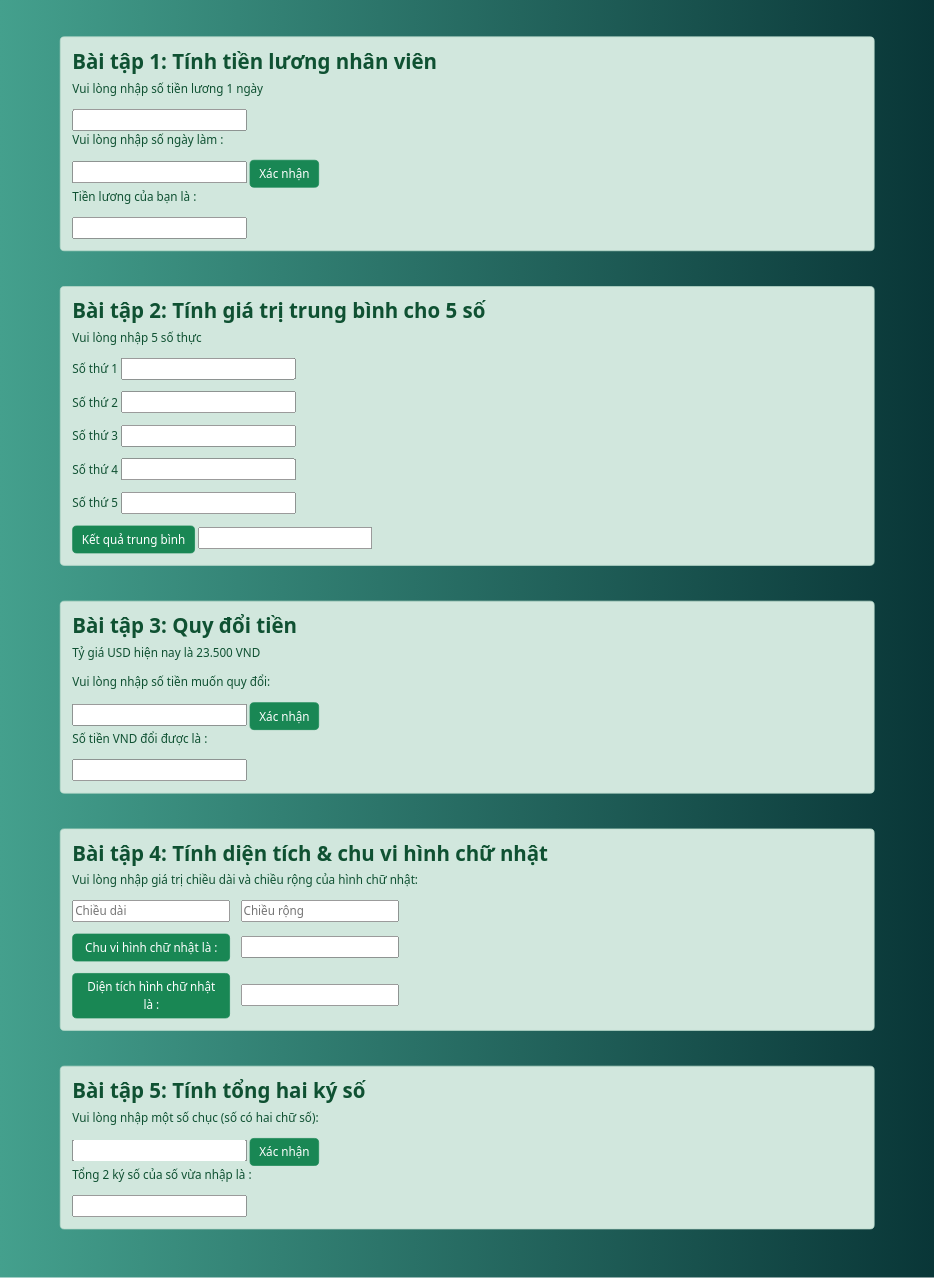
Repository: hcozyph/TranHuuPhuoc_BC43_BT_JS_Buoi2
Page: index.html
An editor plug-in stored every save of this project. The page is shown before and after the next save, followed by the edit.
The browser window is 1280 px wide. The pictures show the whole page, at 73% of full size.

Above is the page before, as saved 2023-02-03 21:12:02.

### index.html
<!DOCTYPE html>
<html lang="en">
    <head>
        <title>BT JS - Buoi 1</title>
        <!-- Required meta tags -->
        <meta charset="utf-8" />
        <meta
            name="viewport"
            content="width=device-width, initial-scale=1, shrink-to-fit=no"
        />

        <!-- font-family -->
        <link
            href="//fonts.googleapis.com/css2?family=Pacifico&amp;display=swap"
            rel="stylesheet"
        />
        <link
            href="//fonts.googleapis.com/css2?family=Quicksand:wght@300;400;500;600;700&amp;display=swap"
            rel="stylesheet"
        />

        <!-- Bootstrap CSS v5.2.1 -->
        <link
            href="https://cdn.jsdelivr.net/npm/bootstrap@5.2.1/dist/css/bootstrap.min.css"
            rel="stylesheet"
            integrity="sha384-iYQeCzEYFbKjA/T2uDLTpkwGzCiq6soy8tYaI1GyVh/UjpbCx/TYkiZhlZB6+fzT"
            crossorigin="anonymous"
        />

        <!-- FontAwesome 6.2.0 CSS -->
        <link
            rel="stylesheet"
            href="https://cdnjs.cloudflare.com/ajax/libs/font-awesome/6.2.0/css/all.min.css"
            integrity="sha512-xh6O/CkQoPOWDdYTDqeRdPCVd1SpvCA9XXcUnZS2FmJNp1coAFzvtCN9BmamE+4aHK8yyUHUSCcJHgXloTyT2A=="
            crossorigin="anonymous"
            referrerpolicy="no-referrer"
        />

        <!-- index.css -->
        <link rel="stylesheet" href="./style/index.css" />
    </head>

    <body>
        <div class="btvn">
            <!-- BT1 -->
            <div class="container">
                <!-- BT-1 -->
                <div class="BT1 alert alert-success">
                    <h1 class="fs-3 fw-bold">
                        Bài tập 1: Tính tiền lương nhân viên
                    </h1>

                    <!-- <div class="col-4"> -->
                    <p>Vui lòng nhập số tiền lương 1 ngày</p>

                    <input type="text" id="luongMotNgay" />
                    <!-- </div> -->

                    <p>Vui lòng nhập số ngày làm :</p>
                    <input type="number" id="soNgayLam" />
                    <button
                        class="btn btn-success"
                        id="btnXacNhan"
                        onclick="inputSoNgayLam()"
                    >
                        Xác nhận
                    </button>
                    <p>Tiền lương của bạn là :</p>
                    <input type="text" id="result" />
                </div>

                <!-- BT2 -->
                <div class="BT2 alert alert-success mt-5">
                    <h1 class="fs-3 fw-bold">
                        Bài tập 2: Tính giá trị trung bình cho 5 số
                    </h1>
                    <p>Vui lòng nhập 5 số thực</p>

                    <p>Số thứ 1 <input type="number" id="n1" /></p>
                    <p>Số thứ 2 <input type="number" id="n2" /></p>
                    <p>Số thứ 3 <input type="number" id="n3" /></p>
                    <p>Số thứ 4 <input type="number" id="n4" /></p>
                    <p>Số thứ 5 <input type="number" id="n5" /></p>

                    <button
                        class="btn btn-success"
                        id="btnAverage"
                        onclick="average()"
                    >
                        Kết quả trung bình
                    </button>
                    <input type="text" id="average" />
                </div>

                <!-- BT3 -->
                <div class="BT3 alert alert-success mt-5">
                    <h1 class="fs-3 fw-bold">Bài tập 3: Quy đổi tiền</h1>
                    <p>Tỷ giá USD hiện nay là 23.500 VND</p>
                    <p>Vui lòng nhập số tiền muốn quy đổi:</p>

                    <input type="number" id="inputUsd" />
                    <button
                        class="btn btn-success"
                        id="btnTradeMoney"
                        onclick="tradeMoney ()"
                    >
                        Xác nhận
                    </button>

                    <p>Số tiền VND đổi được là :</p>
                    <input type="text" id="tradeMoney" />
                </div>

                <!-- BT4 -->
                <div class="BT4 alert alert-success mt-5">
                    <h1 class="fs-3 fw-bold">
                        Bài tập 4: Tính diện tích & chu vi hình chữ nhật
                    </h1>
                    <p>
                        Vui lòng nhập giá trị chiều dài và chiều rộng của hình
                        chữ nhật:
                    </p>

                    <input type="number" id="length" placeholder="Chiều dài" />
                    <input
                        style="margin-left: 10px"
                        type="number"
                        id="width"
                        placeholder="Chiều rộng"
                    />

                    <div class="chuVi mt-3">
                        <button class="btn btn-success" onclick="chuVi()">
                            Chu vi hình chữ nhật là :
                        </button>
                        <input type="number" id="chuVi" id="ketQua" />
                    </div>

                    <div class="dienTich mt-3">
                        <button class="btn btn-success" onclick="dienTich()">
                            Diện tích hình chữ nhật là :
                        </button>
                        <input type="number" id="dienTich" />
                    </div>
                </div>

                <!-- BT5 -->
                <div class="BT5 alert alert-success mt-5">
                    <h1 class="fs-3 fw-bold">Bài tập 5: Tính tổng hai ký số</h1>
                    <p>Vui lòng nhập một số chục (số có hai chữ số):</p>
                    <input type="number" id="inputSoChuc" />
                    <button class="btn btn-success" onclick="tong2KySo()">
                        Xác nhận
                    </button>
                    <p>Tổng 2 ký số của số vừa nhập là :</p>
                    <input type="number" id="tong2KySo" />
                </div>
            </div>
        </div>

        <!-- Bootstrap JavaScript Libraries -->
        <script
            src="https://cdn.jsdelivr.net/npm/@popperjs/core@2.11.6/dist/umd/popper.min.js"
            integrity="sha384-oBqDVmMz9ATKxIep9tiCxS/Z9fNfEXiDAYTujMAeBAsjFuCZSmKbSSUnQlmh/jp3"
            crossorigin="anonymous"
        ></script>

        <script
            src="https://cdn.jsdelivr.net/npm/bootstrap@5.2.1/dist/js/bootstrap.min.js"
            integrity="sha384-7VPbUDkoPSGFnVtYi0QogXtr74QeVeeIs99Qfg5YCF+TidwNdjvaKZX19NZ/e6oz"
            crossorigin="anonymous"
        ></script>

        <!-- js customize -->
        <script src="./index.js"></script>
    </body>
</html>

### style/index.css
.btvn {
    background: linear-gradient(to right, rgb(68, 160, 141), rgb(9, 54, 55));
    background-repeat: no-repeat;
    background-size: cover;
    margin: 0 auto;
    padding: 50px;
}

.BT4 input {
    width: 20%;
}
.chuVi button,
.chuVi input {
    width: 20%;
    margin-right: 10px;
}

.dienTich button,
.dienTich input {
    width: 20%;
    margin-right: 10px;
}

### index.js
//BT1: Tính tiền lương nhân viên
function inputSoNgayLam () {
    //input:
    var soNgayLam = document.getElementById('soNgayLam').value;
    var luongMotNgay = document.getElementById('luongMotNgay').value;

    //output:
    var result = 0;

    //progress
    var result = parseInt(soNgayLam) * parseInt(luongMotNgay);

    document.getElementById('result').value = result.toLocaleString() + ' VND';
}

//BT2: Tính trung bình cộng 5 số
function average () {
    //input:
    var n1 = document.getElementById('n1').value;
    var n2 = document.getElementById('n2').value;
    var n3 = document.getElementById('n3').value;
    var n4 = document.getElementById('n4').value;
    var n5 = document.getElementById('n5').value;
    //output:
    var average = 0;
    const soLuongInput = 5;

    //progress
    var sum = parseFloat(n1) + parseFloat(n2) + parseFloat(n3) + parseFloat(n4) + parseFloat(n5);

    var average =  sum / parseFloat(soLuongInput) ;

    document.getElementById('average').value = average;
}

//BT3: Quy đổi tiền
function tradeMoney () {
    //input
    var inputUsd = document.getElementById('inputUsd').value;
    const tyGia = 23500;

    //output
    var tradeMoney = 0;

    //progress
    var tradeMoney = parseInt(inputUsd) * parseInt(tyGia);
    document.getElementById('tradeMoney').value = tradeMoney.toLocaleString() + ' VND';
}

//BT4: Tính chu vi & diện tích hình chữ nhật
function chuVi () {
    // input
    var length = document.getElementById('length').value;
    var width = document.getElementById('width').value;

    //output
    var chuVi = ( parseInt(length) + parseInt(width) ) * 2;

    //progress
    document.getElementById('chuVi').value = chuVi.toLocaleString();
}


function dienTich () {
    // input
    var length = document.getElementById('length').value;
    var width = document.getElementById('width').value;

    //output
    var dienTich = parseInt(length) * parseInt(width) ;

    //progress
    document.getElementById('dienTich').value = dienTich.toLocaleString();
}


//BT5: Tính tổng hai ký số
function tong2KySo () {
    //input
    var inputSoChuc = document.getElementById('inputSoChuc').value;
    var hangChuc = 0;
    var hangDonVi = 0;

    //output
    var tong2KySo = 0;

    //progress
    var hangChuc = Math.floor(Number(inputSoChuc)/10)
    var hangDonVi = Math.floor(Number(inputSoChuc)%10)
    var tong2KySo = parseInt(hangChuc) + parseInt(hangDonVi);

    document.getElementById('tong2KySo').value = tong2KySo;
}
/*
Link vercel:
https://tran-huu-phuoc-bc-43-bt-js-buoi1.vercel.app/
*/

After the next save:
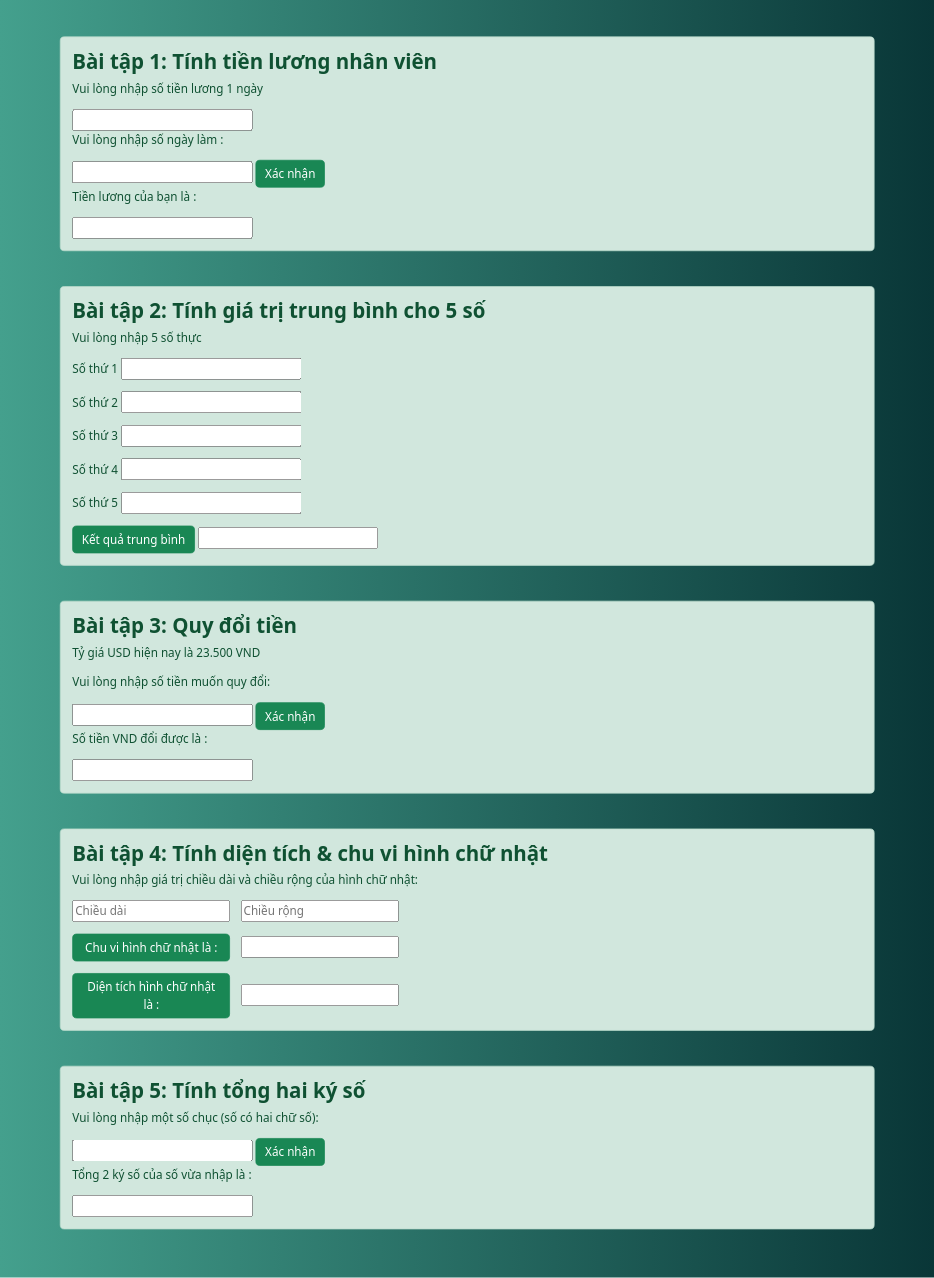
Saved 61 s later.
--- a/style/index.css
+++ b/style/index.css
@@ -5,7 +5,9 @@
     margin: 0 auto;
     padding: 50px;
 }
-
+body input {
+    padding-right: 10px;
+}
 .BT4 input {
     width: 20%;
 }
